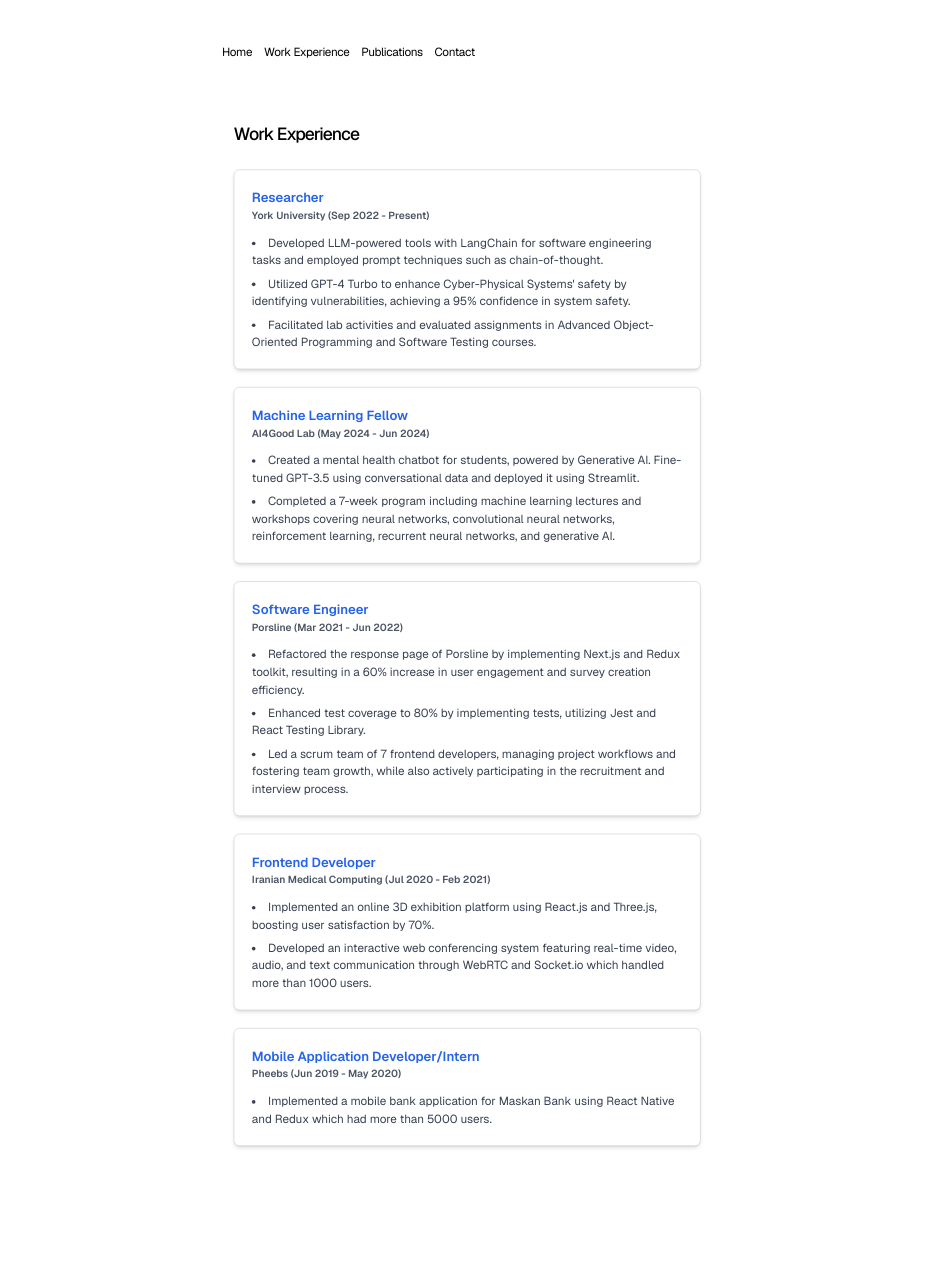
Repository: kimixz/kimixz.github.io
Page: /work
An editor plug-in stored every save of this project. The page is shown before and after the next save, followed by the edit.
The browser window is 1280 px wide. The pictures show the whole page, at 73% of full size.
The project was rebuilt for these pictures with package versions that can differ from the ones it lists, and the page was loaded fresh each time. Some packages were replaced by stand-ins written for this rebuild. The framework's server and built-in components were replaced by stand-ins that run in the browser. Also part of the build but not shown: next.config.mjs, app/blog/[slug]/sandpack.tsx.

Above is the page before, as saved 2024-07-28 16:50:50.

After the next save:
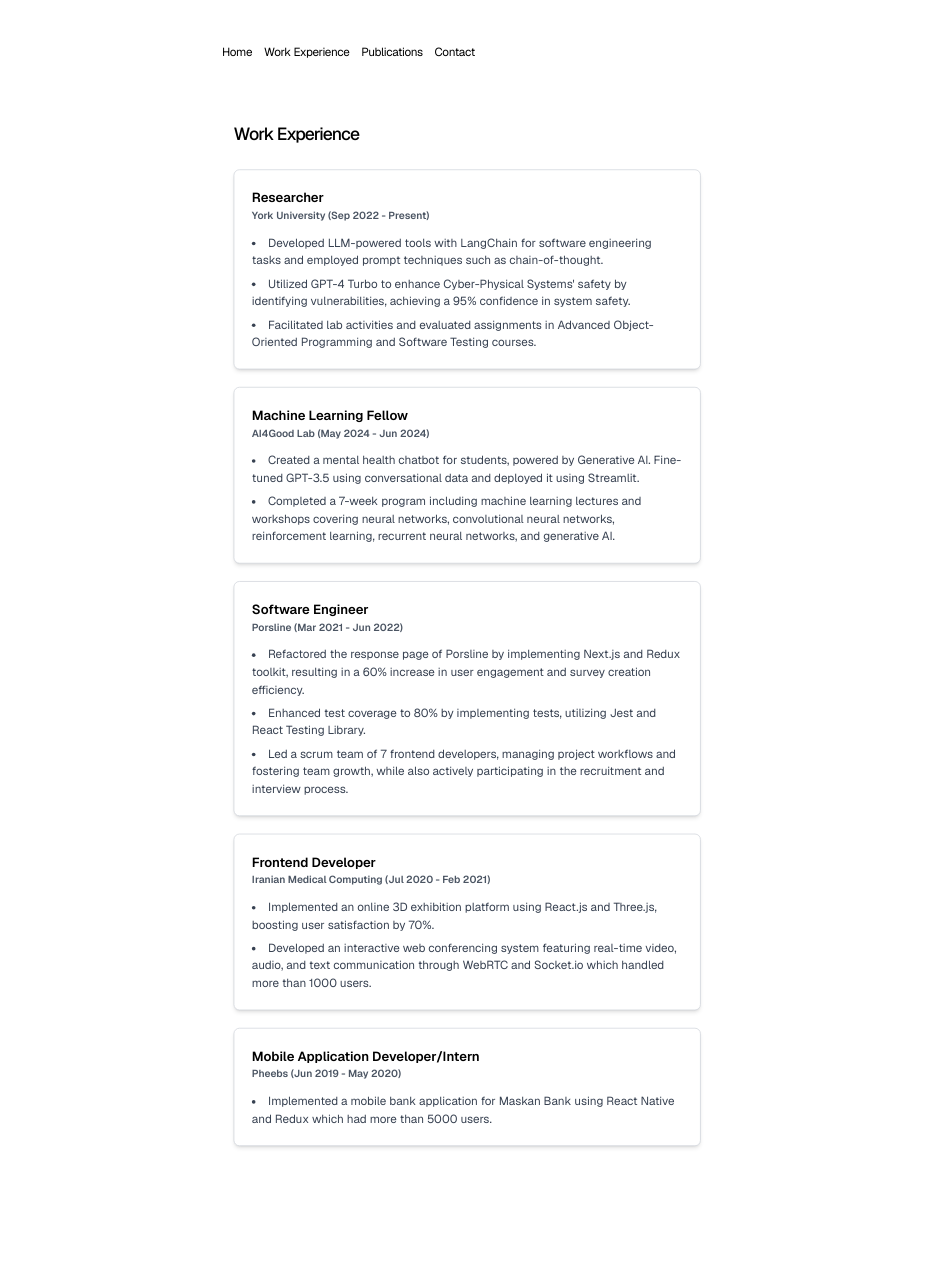
Saved 16 s later.
--- a/app/work/page.tsx
+++ b/app/work/page.tsx
@@ -6,7 +6,7 @@ export default function Page() {
       <div className="space-y-6">
         <div className="p-6 border border-gray-300 dark:border-gray-700 rounded-lg bg-white dark:bg-gray-900 shadow-md">
           <h2 className="font-semibold text-lg mb-4">
-            <span className="block text-blue-600 dark:text-blue-400">Researcher</span>
+            <span className="block ">Researcher</span>
             <span className="block text-sm text-gray-600 dark:text-gray-400">York University (Sep 2022 - Present)</span>
           </h2>
           <ul className="list-disc list-inside text-gray-700 dark:text-gray-300 space-y-2">
@@ -17,7 +17,7 @@ export default function Page() {
         </div>
         <div className="p-6 border border-gray-300 dark:border-gray-700 rounded-lg bg-white dark:bg-gray-900 shadow-md">
           <h2 className="font-semibold text-lg mb-4">
-            <span className="block text-blue-600 dark:text-blue-400">Machine Learning Fellow</span>
+            <span className="block ">Machine Learning Fellow</span>
             <span className="block text-sm text-gray-600 dark:text-gray-400">AI4Good Lab (May 2024 - Jun 2024)</span>
           </h2>
           <ul className="list-disc list-inside text-gray-700 dark:text-gray-300 space-y-2">
@@ -27,7 +27,7 @@ export default function Page() {
         </div>
         <div className="p-6 border border-gray-300 dark:border-gray-700 rounded-lg bg-white dark:bg-gray-900 shadow-md">
           <h2 className="font-semibold text-lg mb-4">
-            <span className="block text-blue-600 dark:text-blue-400">Software Engineer</span>
+            <span className="block ">Software Engineer</span>
             <span className="block text-sm text-gray-600 dark:text-gray-400">Porsline (Mar 2021 - Jun 2022)</span>
           </h2>
           <ul className="list-disc list-inside text-gray-700 dark:text-gray-300 space-y-2">
@@ -38,7 +38,7 @@ export default function Page() {
         </div>
         <div className="p-6 border border-gray-300 dark:border-gray-700 rounded-lg bg-white dark:bg-gray-900 shadow-md">
           <h2 className="font-semibold text-lg mb-4">
-            <span className="block text-blue-600 dark:text-blue-400">Frontend Developer</span>
+            <span className="block ">Frontend Developer</span>
             <span className="block text-sm text-gray-600 dark:text-gray-400">Iranian Medical Computing (Jul 2020 - Feb 2021)</span>
           </h2>
           <ul className="list-disc list-inside text-gray-700 dark:text-gray-300 space-y-2">
@@ -48,7 +48,7 @@ export default function Page() {
         </div>
         <div className="p-6 border border-gray-300 dark:border-gray-700 rounded-lg bg-white dark:bg-gray-900 shadow-md">
           <h2 className="font-semibold text-lg mb-4">
-            <span className="block text-blue-600 dark:text-blue-400">Mobile Application Developer/Intern</span>
+            <span className="block ">Mobile Application Developer/Intern</span>
             <span className="block text-sm text-gray-600 dark:text-gray-400">Pheebs (Jun 2019 - May 2020)</span>
           </h2>
           <ul className="list-disc list-inside text-gray-700 dark:text-gray-300 space-y-2">
